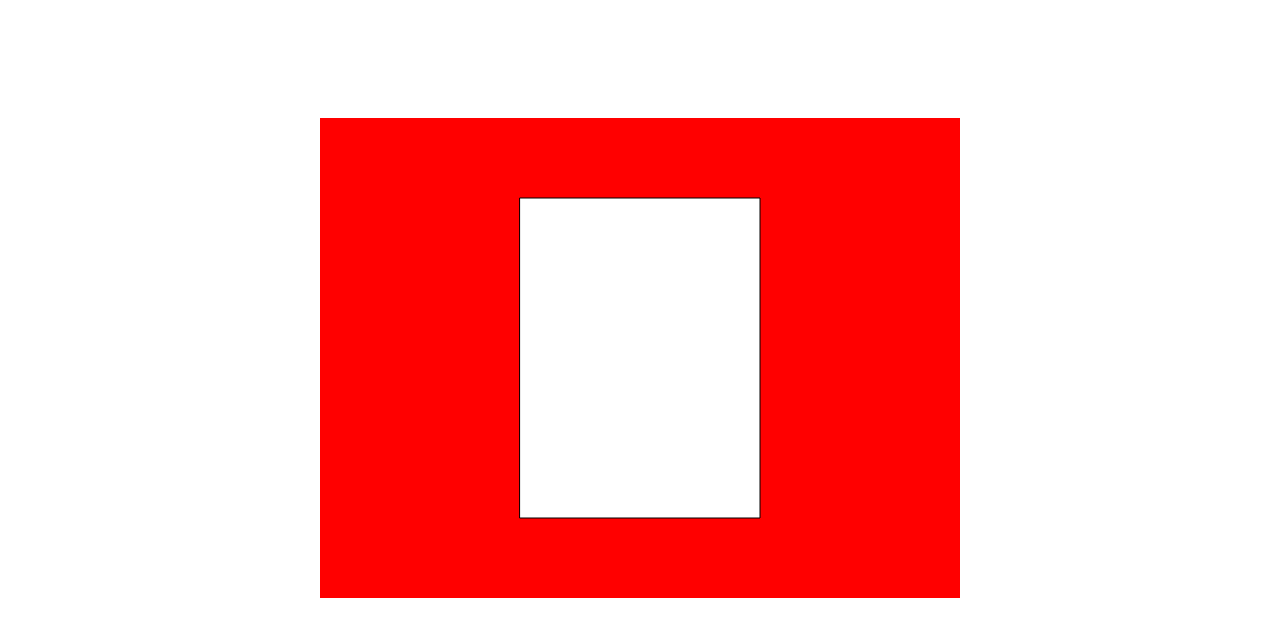
Repository: SeanHub-13/cart253
Page: topics/function-calls/index.html
These files come from the project's save history. The page is drawn as it stood at one moment and after the next save; the edit follows.
The browser window is 1280 px wide. The pictures show the whole page.

Above is the page before, as saved 2024-09-12 11:25:30.

### topics/function-calls/index.html
<!DOCTYPE html>
<html>

<head>
  <meta charset="utf-8">
  <meta name="viewport" width=device-width, initial-scale=1.0, maximum-scale=1.0, user-scalable=0>

  <title>Function calls</title>

  <!-- CSS stylesheet(s) -->
  <link rel="stylesheet" type="text/css" href="css/style.css" />

  <!-- Library script(s) -->

  <!-- p5.min.js is the main p5 library -->
  <script src="js/libraries/p5.min.js"></script>
  <!-- p5.sound.min.js allows us to use sound -->
  <script src="js/libraries/p5.sound.min.js"></script>

  <!-- My script(s) -->
  <script src="js/script.js"></script>
</head>

<body>
  <!-- HTML would go here if needed. -->
</body>

</html>

### topics/function-calls/js/script.js
/**
 * Title of Project
 * Author Name
 *
 * HOW EMBARRASSING! I HAVE NO DESCRIPTION OF MY PROJECT!
 * PLEASE REMOVE A GRADE FROM MY WORK IF IT'S GRADED!
 */

"use strict";

/**
 * OH LOOK I DIDN'T DESCRIBE SETUP!!
*/
function setup() {
    createCanvas(640, 480);
}


/**
 * OOPS I DIDN'T DESCRIBE WHAT MY DRAW DOES!
*/
function draw() {
    background(255, 0, 0);
    rect(200, 80, 240, 320);
}

Loaded but not shown: topics/function-calls/css/style.css (common file); topics/function-calls/js/libraries/p5.min.js (library); topics/function-calls/js/libraries/p5.sound.min.js (library)

After the next save:
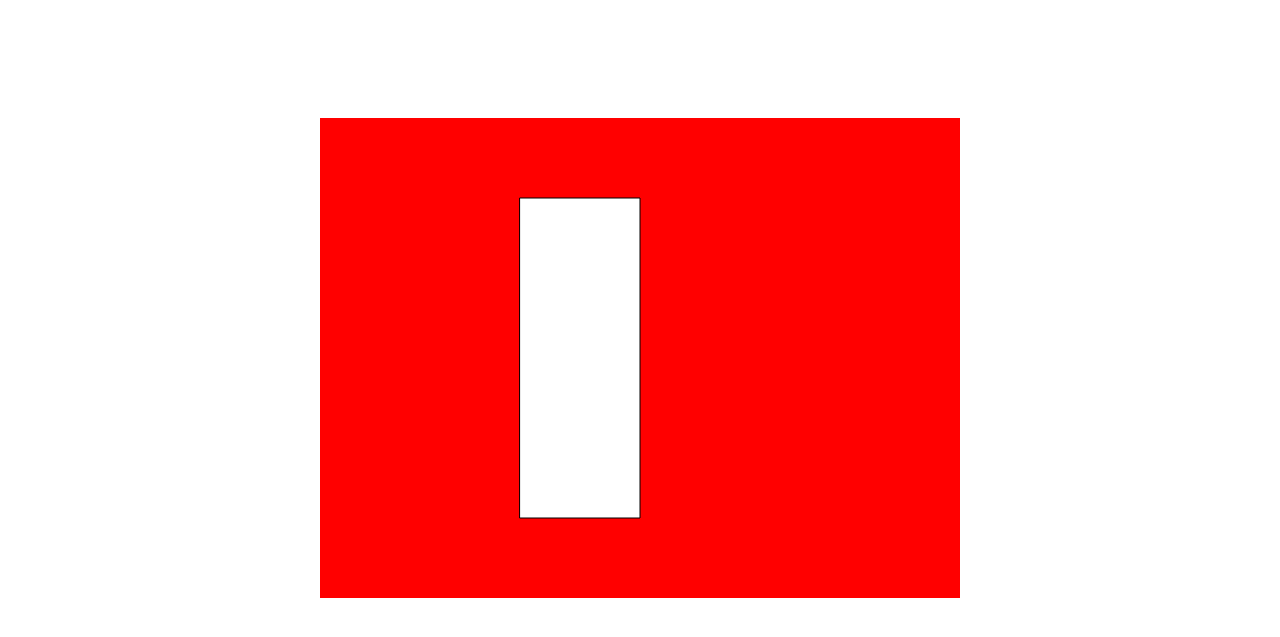
Saved 27 s later.
--- a/topics/function-calls/js/script.js
+++ b/topics/function-calls/js/script.js
@@ -21,5 +21,5 @@
 */
 function draw() {
     background(255, 0, 0);
-    rect(200, 80, 240, 320);
+    rect(200, 80, 120, 320);
 }
